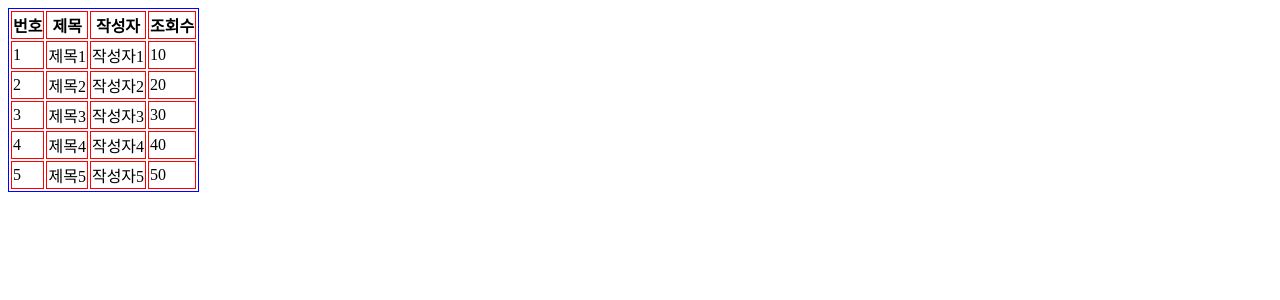
Repository: Pang-Ho/TIL
Page: JavaScript/workspace_web/jstest/WebContent/fortest2.html
The author's editor kept a copy of each file at every save. The page is drawn from the files as they stood at one save, then again after the next save.
The browser window is 1280 px wide. The pictures show the whole page.

Above is the page before, as saved 2021-08-23 08:10:48.

### JavaScript/workspace_web/jstest/WebContent/fortest2.html
<!DOCTYPE html>
<html>
<head>
<meta charset="UTF-8">
<title>Insert title here</title>
<style>
 table{border : 1px solid blue;}
 th , td{border: 1px solid red;}
</style>

</head>
<body>
<table>
	<tr><th>번호</th><th>제목</th><th>작성자</th><th>조회수</th></tr>

	<!-- 자바스크립트 반복문 사용 -->
	<script>
	/* var a = [i, '제목'+i, '작성자'+i, i+'0'];

	for(var i = 1 ; i < 6 ; i++){
		for(var j = 0 ; j < a.length ; j++){
			document.write(a[j] + "\t");
		}
		document.write("<br>");
	} */
	for(var i = 1 ; i < 6 ; i++){
		document.write("<tr>");
		document.write("<td>" + i + "</td><td>제목" + i + "</td><td>작성자" + i + "</td><td>" + i*10 + "</td>");
		document.write("</tr>");
	}
	</script>
</table>
</body>
</html>

After the next save:
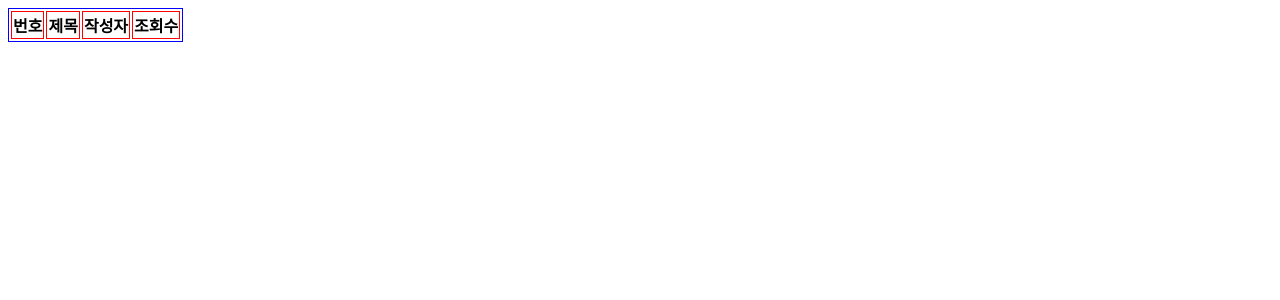
Console error: SyntaxError: missing ) after argument list
Saved 2 min 14 s later.
--- a/JavaScript/workspace_web/jstest/WebContent/fortest2.html
+++ b/JavaScript/workspace_web/jstest/WebContent/fortest2.html
@@ -25,7 +25,7 @@
 	} */
 	for(var i = 1 ; i < 6 ; i++){
 		document.write("<tr>");
-		document.write("<td>" + i + "</td><td>제목" + i + "</td><td>작성자" + i + "</td><td>" + i*10 + "</td>");
+		document.write("<td>" + i + "</td><td><a href="">제목</a>" + i + "</td><td>작성자" + i + "</td><td>" + i*10 + "</td>");
 		document.write("</tr>");
 	}
 	</script>

After the save that followed:
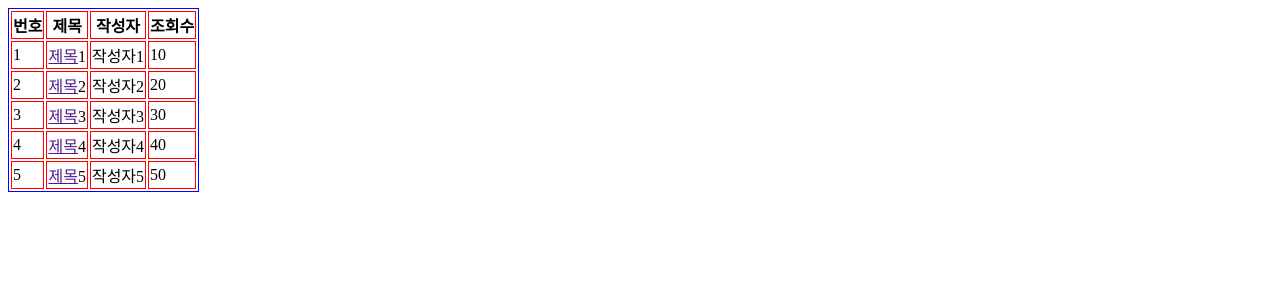
The error is gone.
Saved 14 s later.
--- a/JavaScript/workspace_web/jstest/WebContent/fortest2.html
+++ b/JavaScript/workspace_web/jstest/WebContent/fortest2.html
@@ -25,7 +25,7 @@
 	} */
 	for(var i = 1 ; i < 6 ; i++){
 		document.write("<tr>");
-		document.write("<td>" + i + "</td><td><a href="">제목</a>" + i + "</td><td>작성자" + i + "</td><td>" + i*10 + "</td>");
+		document.write("<td>" + i + "</td><td><a href=''>제목</a>" + i + "</td><td>작성자" + i + "</td><td>" + i*10 + "</td>");
 		document.write("</tr>");
 	}
 	</script>
